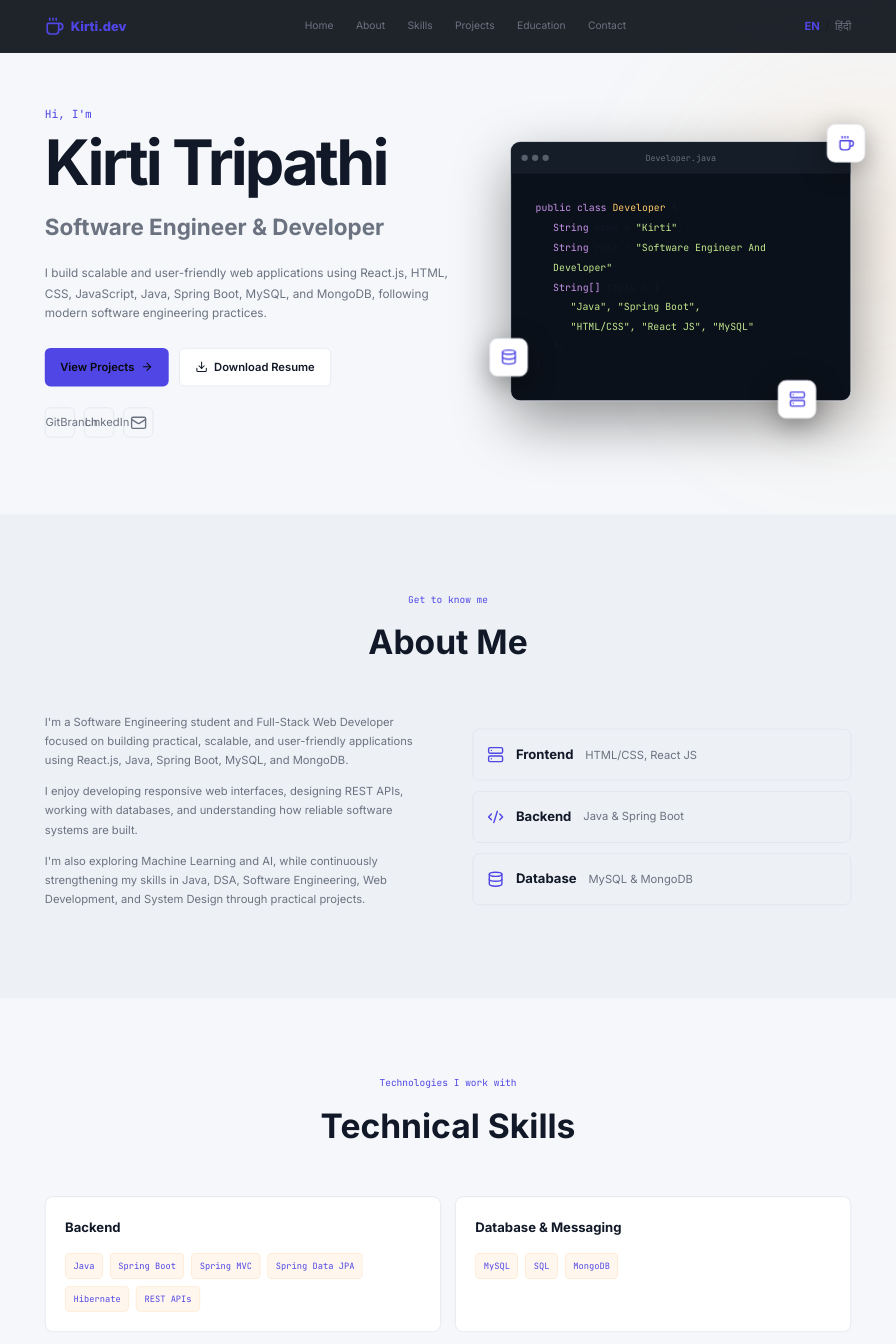
Repository: Rashi-Kirti06/En-Hi-Portfolio
Page: /
These files come from the project's save history. The page is drawn as it stood at one moment and after a run of saves; the edit follows.
The browser window is 1280 px wide. The pictures show the part of the page from y = 0 to 1920 px (the page is 4993 px tall), at 70% of full size.
The project was rebuilt for these pictures with package versions that can differ from the ones it lists, and the page was loaded fresh each time. Also part of the build but not shown: vite.config.js.

Above is the page before, as saved 2026-09-06 16:53:20.

### index.html
<!doctype html>

<html lang="en">

<head>

  <meta charset="UTF-8" />

  <meta
    name="viewport"
    content="width=device-width, initial-scale=1.0"
  />

  <meta
    name="description"
    content="Kirti Tripathi - Java and Spring Boot Backend Developer portfolio."
  />

  <meta
    name="keywords"
    content="Java Developer, Spring Boot Developer, Backend Developer, Java Portfolio"
  />

  <meta name="author" content="Kirti Tripathi" />

  <title>
    Kirti Tripathi | Java Backend Developer
  </title>

</head>

<body>

  <div id="root"></div>

  <script
    type="module"
    src="/src/main.jsx"
  ></script>

</body>

</html>

### src/index.css
@import url("https://fonts.googleapis.com/css2?family=Inter:wght@400;500;600;700;800&family=JetBrains+Mono:wght@400;500;600&display=swap");

:root {
  /* --background: #080d14;
  --background-secondary: #0d141e;
  --card: #111a26;
  --card-hover: #162231;

  --text: #f4f7fb;
  --text-muted: #9ba9ba;

  --primary: #f89820;
  --primary-hover: #ffad42;

  --green: #58d68d;

  --border: #233142; */

  /* --background: #07111f;
--background-secondary: #0b1728;
--card: #101d2f;
--card-hover: #152840;
--text: #f1f5f9;
--text-muted: #94a3b8;
--primary: #22d3ee;
--primary-hover: #06b6d4;
--green: #34d399;
--border: #1e344d; */

/* --background: #0c0914;
--background-secondary: #130f1f;
--card: #1a1428;
--card-hover: #241b36;
--text: #f5f3ff;
--text-muted: #aaa3bb;
--primary: #a78bfa;
--primary-hover: #8b5cf6;
--green: #6ee7b7;
--border: #302544; */

/* --background: #07121a;
--background-secondary: #0b1c26;
--card: #102530;
--card-hover: #16323f;
--text: #f0fdf4;
--text-muted: #91a7ad;
--primary: #34d399;
--primary-hover: #10b981;
--green: #6ee7b7;
--border: #1d3b46; */

/* --background: #070b14;
--background-secondary: #0c1220;
--card: #111a2b;
--card-hover: #17243a;
--text: #f8fafc;
--text-muted: #94a3b8;
--primary: #3b82f6;
--primary-hover: #60a5fa;
--green: #4ade80;
--border: #223452; */

/* --background: #0e0b10;
--background-secondary: #171219;
--card: #201820;
--card-hover: #2a202a;
--text: #faf5f9;
--text-muted: #a99da6;
--primary: #f472b6;
--primary-hover: #ec4899;
--green: #86efac;
--border: #382b37; */

/* --background: #0a0f14;
--background-secondary: #101820;
--card: #17212b;
--card-hover: #1d2b37;
--text: #f8fafc;
--text-muted: #9aa8b5;
--primary: #fbbf24;
--primary-hover: #f59e0b;
--green: #4ade80;
--border: #293946; */

/* --background: #f8fafc;
--background-secondary: #f1f5f9;
--card: #ffffff;
--card-hover: #f8fafc;
--text: #0f172a;
--text-muted: #64748b;
--primary: #2563eb;
--primary-hover: #1d4ed8;
--green: #16a34a;
--border: #e2e8f0; */

/* --background: #f4f9fb;
--background-secondary: #eaf4f7;
--card: #ffffff;
--card-hover: #f2fbfd;
--text: #102027;
--text-muted: #607d86;
--primary: #0891b2;
--primary-hover: #0e7490;
--green: #059669;
--border: #d5e5e9; */

/* --background: #f7faf7;
--background-secondary: #eef6f0;
--card: #ffffff;
--card-hover: #f4faf5;
--text: #14231a;
--text-muted: #66756b;
--primary: #059669;
--primary-hover: #047857;
--green: #16a34a;
--border: #dce9df; */

/* --background: #faf9ff;
--background-secondary: #f3f0ff;
--card: #ffffff;
--card-hover: #f8f6ff;
--text: #181326;
--text-muted: #716b82;
--primary: #7c3aed;
--primary-hover: #6d28d9;
--green: #16a34a;
--border: #e5def5; */

--background: #f5f7fa;
--background-secondary: #edf0f5;
--card: #ffffff;
--card-hover: #f8fafc;
--text: #111827;
--text-muted: #6b7280;
--primary: #4f46e5;
--primary-hover: #4338ca;
--green: #16a34a;
--border: #dfe3eb;



  --max-width: 1180px;

  --transition: 0.3s ease;
}

* {
  margin: 0;
  padding: 0;
  box-sizing: border-box;
}

html {
  scroll-behavior: smooth;
  scroll-padding-top: 80px;
}

body {
  font-family: "Inter", sans-serif;
  background: var(--background);
  color: var(--text);
  line-height: 1.7;
  overflow-x: hidden;
}

a {
  color: inherit;
  text-decoration: none;
}

button {
  font: inherit;
}

.container {
  width: min(90%, var(--max-width));
  margin-inline: auto;
}

.section {
  padding: 110px 0;
}

.alt-section {
  background: var(--background-secondary);
}

/* ==========================
   Navbar
========================== */

.navbar {
  position: fixed;
  width: 100%;
  top: 0;
  z-index: 1000;

  background: rgba(8, 13, 20, 0.9);
  backdrop-filter: blur(15px);

  border-bottom: 1px solid rgba(255,255,255,0.06);
}

.nav-container {
  height: 75px;

  display: flex;
  align-items: center;
  justify-content: space-between;
}

.logo {
  display: flex;
  align-items: center;
  gap: 9px;

  font-weight: 800;
  font-size: 1.15rem;

  color: var(--primary);
}

.nav-links {
  display: flex;
  align-items: center;
  gap: 32px;
}

.nav-links a {
  color: var(--text-muted);
  font-size: 0.92rem;
  transition: var(--transition);
}

.nav-links a:hover {
  color: var(--primary);
}

.nav-actions {
  display: flex;
  align-items: center;
  gap: 20px;
}

.language-switcher,
.language-mobile {
  display: flex;
  align-items: center;
  gap: 8px;
}

.language-switcher button,
.language-mobile button {
  border: none;
  background: transparent;
  color: var(--text-muted);
  cursor: pointer;
}

.lang-active {
  color: var(--primary) !important;
  font-weight: 700;
}

.mobile-menu {
  border: 0;
  background: transparent;
  color: white;
  cursor: pointer;
  display: none;
}

.language-mobile {
  display: none;
}

/* ==========================
   Hero
========================== */

.hero {
  min-height: 100vh;

  display: flex;
  align-items: center;

  padding-top: 150px;

  position: relative;
  overflow: hidden;
}

.hero::before {
  content: "";

  position: absolute;

  width: 500px;
  height: 500px;

  background: rgba(248, 152, 32, 0.08);

  border-radius: 50%;

  filter: blur(100px);

  top: 100px;
  right: -200px;

  pointer-events: none;
}

.hero-grid {
  display: grid;
  grid-template-columns: 1.1fr 0.9fr;
  gap: 70px;

  align-items: center;
}

.availability {
  display: inline-flex;
  align-items: center;
  gap: 9px;

  padding: 8px 14px;

  border: 1px solid var(--border);
  border-radius: 100px;

  color: var(--text-muted);

  font-size: 0.8rem;

  margin-bottom: 25px;

  background: rgba(255,255,255,0.02);
}

.availability-dot {
  width: 8px;
  height: 8px;

  border-radius: 50%;

  background: var(--green);

  box-shadow:
    0 0 10px var(--green);
}

.hero-greeting {
  color: var(--primary);

  font-family:
    "JetBrains Mono",
    monospace;

  font-size: 1rem;

  margin-bottom: 10px;
}

.hero h1 {
  font-size: clamp(
    3rem,
    7vw,
    5.7rem
  );

  line-height: 1;

  letter-spacing: -4px;

  margin-bottom: 20px;
}

.hero h2 {
  font-size: clamp(
    1.4rem,
    3vw,
    2rem
  );

  color: var(--text-muted);

  margin-bottom: 25px;
}

.hero-description {
  color: var(--text-muted);

  max-width: 650px;

  font-size: 1.05rem;

  margin-bottom: 35px;
}

.hero-buttons {
  display: flex;
  flex-wrap: wrap;
  gap: 15px;

  margin-bottom: 30px;
}

/* Buttons */

.btn {
  display: inline-flex;

  align-items: center;

  justify-content: center;

  gap: 9px;

  padding: 13px 22px;

  border-radius: 8px;

  font-weight: 600;

  transition: var(--transition);
}

.btn-primary {
  background: var(--primary);
  color: #090909;
}

.btn-primary:hover {
  background: var(--primary-hover);

  transform:
    translateY(-3px);
}

.btn-secondary {
  border:
    1px solid var(--border);

  background: var(--card);
}

.btn-secondary:hover {
  border-color:
    var(--primary);

  transform:
    translateY(-3px);
}

/* Social */

.social-links {
  display: flex;
  gap: 13px;
}

.social-links a {
  width: 43px;
  height: 43px;

  display: grid;
  place-items: center;

  border: 1px solid var(--border);

  border-radius: 8px;

  color: var(--text-muted);

  transition: var(--transition);
}

.social-links a:hover {
  color: var(--primary);

  border-color:
    var(--primary);

  transform:
    translateY(-3px);
}

/* Code card */

.hero-visual {
  position: relative;
}

.developer-card {
  border:
    1px solid var(--border);

  border-radius: 14px;

  overflow: hidden;

  background: #0b111a;

  box-shadow:
    0 30px 80px rgba(0,0,0,0.4);
}

.terminal-header {
  height: 45px;

  display: flex;
  align-items: center;

  padding: 0 15px;

  background: #151d28;

  color: var(--text-muted);

  font-size: 0.75rem;

  font-family:
    "JetBrains Mono",
    monospace;

  position: relative;
}

.terminal-header > span {
  position: absolute;
  left: 50%;

  transform:
    translateX(-50%);
}

.terminal-dots {
  display: flex;
  gap: 6px;
}

.terminal-dots span {
  width: 9px;
  height: 9px;

  border-radius: 50%;

  background: #56606c;
}

.code-window {
  padding: 35px;

  font-family:
    "JetBrains Mono",
    monospace;

  font-size: 0.88rem;

  line-height: 2;

  overflow-x: auto;
}

.code-purple {
  color: #c792ea;
}

.code-yellow {
  color: #ffcb6b;
}

.code-green {
  color: #c3e88d;
}

.indent {
  padding-left: 25px;
}

.indent-two {
  padding-left: 50px;
}

.floating-icon {
  width: 55px;
  height: 55px;

  border-radius: 12px;

  display: grid;
  place-items: center;

  position: absolute;

  color: var(--primary);

  background: var(--card);

  border:
    1px solid var(--border);

  box-shadow:
    0 10px 40px rgba(0,0,0,.35);

  animation:
    floating 4s ease-in-out infinite;
}

.icon-java {
  top: -25px;
  right: -20px;
}

.icon-db {
  bottom: 35px;
  left: -30px;

  animation-delay: 1s;
}

.icon-server {
  bottom: -25px;
  right: 50px;

  animation-delay: 2s;
}

@keyframes floating {
  0%, 100% {
    transform:
      translateY(0);
  }

  50% {
    transform:
      translateY(-10px);
  }
}

/* ==========================
   Section Headings
========================== */

.section-heading {
  text-align: center;

  margin-bottom: 60px;
}

.section-heading p {
  color: var(--primary);

  font-family:
    "JetBrains Mono",
    monospace;

  font-size: 0.85rem;

  margin-bottom: 8px;
}

.section-heading h2 {
  font-size:
    clamp(
      2rem,
      4vw,
      3rem
    );
}

/* ==========================
   About
========================== */

.about-grid {
  display: grid;

  grid-template-columns:
    1fr 1fr;

  gap: 70px;

  align-items: center;
}

.about-text p {
  color: var(--text-muted);

  margin-bottom: 18px;
}

.about-cards {
  display: grid;
  gap: 15px;
}

.mini-card {
  padding: 20px;

  border: 1px solid var(--border);

  border-radius: 10px;

  display: flex;

  align-items: center;

  gap: 17px;

  transition:
    var(--transition);
}

.mini-card:hover {
  border-color:
    var(--primary);

  transform:
    translateX(7px);
}

.mini-card svg {
  color: var(--primary);
}

.mini-card p {
  color:
    var(--text-muted);
}

/* ==========================
   Skills
========================== */

.skills-grid {
  display: grid;

  grid-template-columns:
    repeat(2, 1fr);

  gap: 20px;
}

.skill-card {
  padding: 28px;

  background: var(--card);

  border:
    1px solid var(--border);

  border-radius: 12px;

  transition:
    var(--transition);
}

.skill-card:hover {
  border-color:
    rgba(248,152,32,.55);

  transform:
    translateY(-4px);
}

.skill-card h3 {
  margin-bottom: 20px;
}

.skill-tags {
  display: flex;

  flex-wrap: wrap;

  gap: 10px;
}

.skill-tags span,
.project-tech span {
  padding: 7px 11px;

  border-radius: 6px;

  background:
    rgba(248,152,32,.08);

  border:
    1px solid rgba(248,152,32,.16);

  color:
    var(--primary);

  font-size:
    .78rem;

  font-family:
    "JetBrains Mono",
    monospace;
}

/* ==========================
   Projects
========================== */

.projects-grid {
  display: grid;

  grid-template-columns:
    repeat(3, 1fr);

  gap: 20px;
}

.project-card {
  background: var(--card);

  border:
    1px solid var(--border);

  border-radius: 12px;

  padding: 30px;

  display: flex;
  flex-direction: column;

  transition:
    var(--transition);

  position: relative;

  overflow: hidden;
}

.project-card::before {
  content: "";

  position: absolute;

  width: 130px;
  height: 130px;

  background:
    rgba(248,152,32,.07);

  border-radius: 50%;

  top: -70px;
  right: -50px;

  filter: blur(20px);
}

.project-card:hover {
  transform:
    translateY(-7px);

  border-color:
    rgba(248,152,32,.5);
}

.project-number {
  color:
    var(--primary);

  font-family:
    "JetBrains Mono",
    monospace;

  margin-bottom:
    15px;
}

.project-card h3 {
  font-size:
    1.35rem;

  margin-bottom:
    15px;
}

.project-card > p {
  color:
    var(--text-muted);

  margin-bottom:
    20px;

  flex-grow: 1;
}

.project-tech {
  display: flex;

  flex-wrap: wrap;

  gap: 7px;

  margin-bottom:
    25px;
}

.project-actions {
  display: flex;

  gap: 18px;

  flex-wrap: wrap;
}

.project-actions a {
  display: flex;

  align-items: center;

  gap: 7px;

  color:
    var(--text-muted);

  font-size:
    .85rem;

  transition:
    var(--transition);
}

.project-actions a:hover {
  color:
    var(--primary);
}

/* ==========================
   Learning
========================== */

.learning-description {
  color:
    var(--text-muted);

  text-align: center;

  max-width:
    650px;

  margin:
    -30px auto
    45px;
}

.learning-grid {
  display: grid;

  grid-template-columns:
    repeat(3,1fr);

  gap: 15px;
}

.learning-card {
  border:
    1px solid var(--border);

  background:
    var(--card);

  border-radius:
    10px;

  padding:
    20px;

  display:
    flex;

  gap: 15px;

  align-items:
    center;
}

.learning-card span {
  display:
    grid;

  place-items:
    center;

  width:
    34px;

  height:
    34px;

  border-radius:
    7px;

  color:
    var(--primary);

  background:
    rgba(248,152,32,.1);

  font-family:
    "JetBrains Mono",
    monospace;
}

/* ==========================
   Education
========================== */

.education-card {
  max-width:
    700px;

  margin:
    auto;

  padding:
    30px;

  display:
    flex;

  gap:
    22px;

  background:
    var(--card);

  border:
    1px solid
    var(--border);

  border-radius:
    12px;
}

.education-icon {
  width:
    60px;

  height:
    60px;

  flex-shrink: 0;

  display:
    grid;

  place-items:
    center;

  border-radius:
    10px;

  color:
    var(--primary);

  background:
    rgba(248,152,32,.1);
}

.education-card h4 {
  color:
    var(--primary);

  margin:
    4px 0;
}

.education-card p,
.education-card span {
  color:
    var(--text-muted);
}

/* ==========================
   Contact
========================== */

.contact-box {
  text-align:
    center;

  max-width:
    800px;

  margin:
    auto;
}

.contact-box > p {
  color:
    var(--text-muted);

  max-width:
    600px;

  margin:
    0 auto 40px;
}

.contact-links {
  display:
    grid;

  grid-template-columns:
    repeat(3,1fr);

  gap:
    15px;
}

.contact-card {
  padding:
    24px;

  display:
    flex;

  flex-direction:
    column;

  gap:
    12px;

  align-items:
    center;

  border:
    1px solid var(--border);

  background:
    var(--card);

  border-radius:
    10px;

  transition:
    var(--transition);
}

.contact-card svg {
  color:
    var(--primary);
}

.contact-card:hover {
  border-color:
    var(--primary);

  transform:
    translateY(-5px);
}

/* ==========================
   Footer
========================== */

.footer {
  border-top:
    1px solid var(--border);

  padding:
    30px 0;
}

.footer-content {
  display:
    flex;

  justify-content:
    space-between;

  align-items:
    center;

  gap:
    20px;

  color:
    var(--text-muted);

  font-size:
    .8rem;
}

.footer-logo {
  display:
    flex;

  align-items:
    center;

  gap:
    8px;

  color:
    var(--primary);

  font-weight:
    700;
}

/* ==========================
   Tablet
========================== */

@media (max-width: 950px) {

  .hero-grid {
    grid-template-columns:
      1fr;
  }

  .hero-content {
    text-align:
      center;
  }

  .availability {
    margin-inline:
      auto;
  }

  .hero-description {
    margin-inline:
      auto;
  }

  .hero-buttons,
  .social-links {
    justify-content:
      center;
  }

  .hero-visual {
    max-width:
      600px;

    margin:
      40px auto 0;
  }

  .projects-grid {
    grid-template-columns:
      repeat(2,1fr);
  }

  .about-grid {
    grid-template-columns:
      1fr;
  }
}

/* ==========================
   Mobile Navigation
========================== */

@media (max-width: 760px) {

  .section {
    padding:
      80px 0;
  }

  .mobile-menu {
    display:
      block;
  }

  .language-switcher {
    display:
      none;
  }

  .nav-links {
    position:
      fixed;

    top:
      75px;

    left:
      0;

    width:
      100%;

    background:
      #0d141e;

    flex-direction:
      column;

    align-items:
      center;

    padding:
      35px;

    border-bottom:
      1px solid
      var(--border);

    transform:
      translateY(-150%);

    opacity:
      0;

    transition:
      .35s ease;
  }

  .nav-links.active {
    transform:
      translateY(0);

    opacity:
      1;
  }

  .language-mobile {
    display:
      flex;

    margin-top:
      10px;
  }

  .hero {
    padding-top:
      120px;
  }

  .hero h1 {
    letter-spacing:
      -2px;
  }

  .skills-grid,
  .projects-grid,
  .learning-grid,
  .contact-links {
    grid-template-columns:
      1fr;
  }

  .floating-icon {
    display:
      none;
  }

  .education-card {
    flex-direction:
      column;
  }

  .footer-content {
    flex-direction:
      column;

    text-align:
      center;
  }

}

/* ==========================
   Small Phones
========================== */

@media (max-width: 480px) {

  .hero-buttons {
    flex-direction:
      column;
  }

  .btn {
    width:
      100%;
  }

  .code-window {
    padding:
      22px 15px;

    font-size:
      .72rem;
  }

}

### src/components/SectionTitle.jsx
function SectionTitle({ subtitle, title }) {
  return (
    <div className="section-heading">
      <p>{subtitle}</p>
      <h2>{title}</h2>
    </div>
  );
}

export default SectionTitle;

Loaded but not shown: src/main.jsx (common file); src/data/translations.jsx (151 lines, source omitted); src/components/Hero.jsx (169 lines, source omitted); src/components/Projects.jsx (165 lines, source omitted); src/components/Navbar.jsx (93 lines, source omitted); src/components/Skills.jsx (96 lines, source omitted); src/components/About.jsx (61 lines, source omitted); src/components/Contact.jsx (63 lines, source omitted); src/components/Learning.jsx (63 lines, source omitted); src/App.jsx (35 lines, source omitted); src/components/Education.jsx (43 lines, source omitted); src/components/Footer.jsx (27 lines, source omitted)

After the next 2 saves:
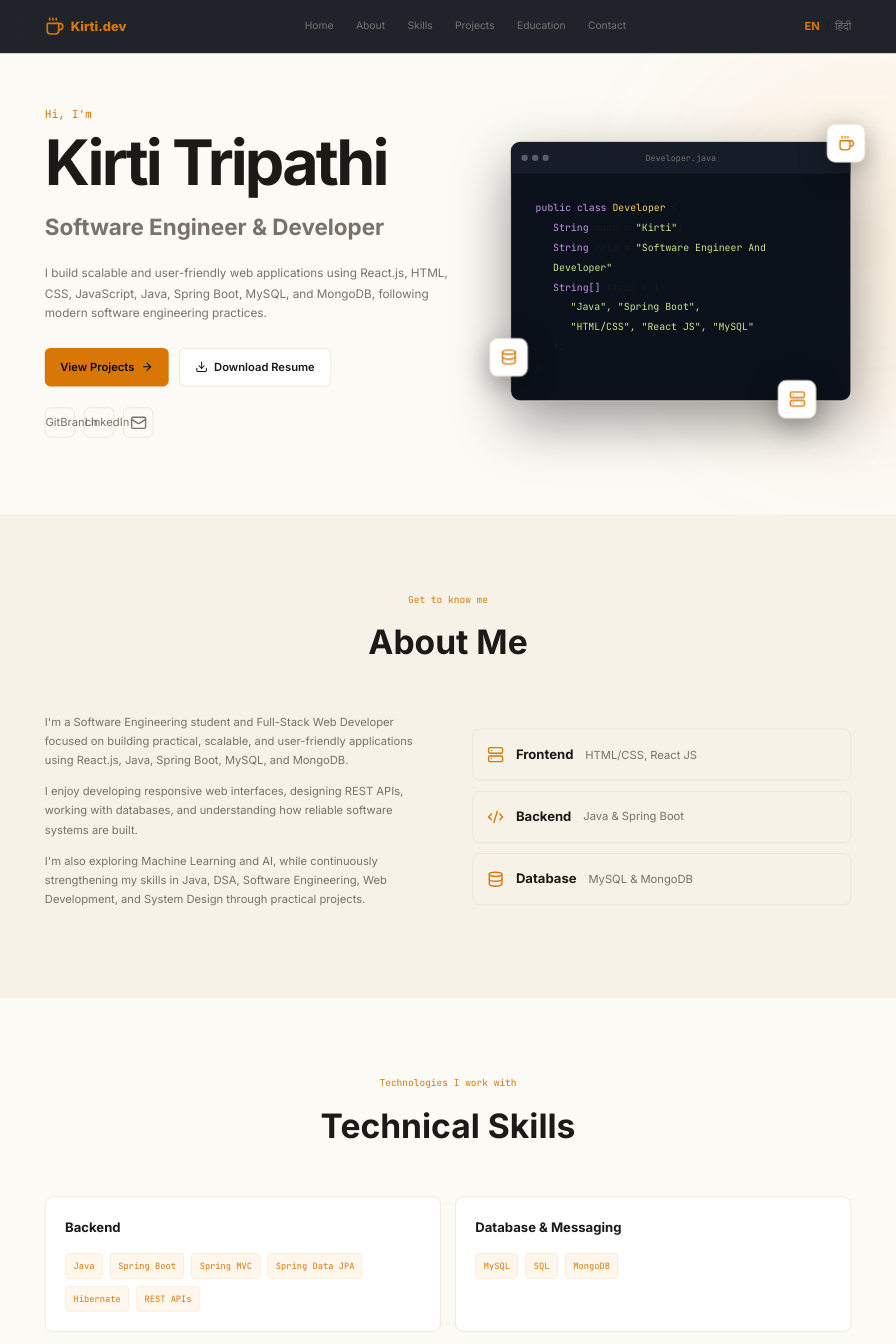
The 2 saves are shown as one change because they came seconds apart.
The last was saved 25 s later.
--- a/src/index.css
+++ b/src/index.css
@@ -126,7 +126,7 @@
 --green: #16a34a;
 --border: #e5def5; */
 
---background: #f5f7fa;
+/* --background: #f5f7fa;
 --background-secondary: #edf0f5;
 --card: #ffffff;
 --card-hover: #f8fafc;
@@ -135,7 +135,18 @@
 --primary: #4f46e5;
 --primary-hover: #4338ca;
 --green: #16a34a;
---border: #dfe3eb;
+--border: #dfe3eb; */
+
+--background: #fcfaf5;
+--background-secondary: #f7f2e8;
+--card: #ffffff;
+--card-hover: #fffdf8;
+--text: #1c1917;
+--text-muted: #78716c;
+--primary: #d97706;
+--primary-hover: #b45309;
+--green: #16a34a;
+--border: #e7dfd1;
 
 
 

After the 4 saves that followed:
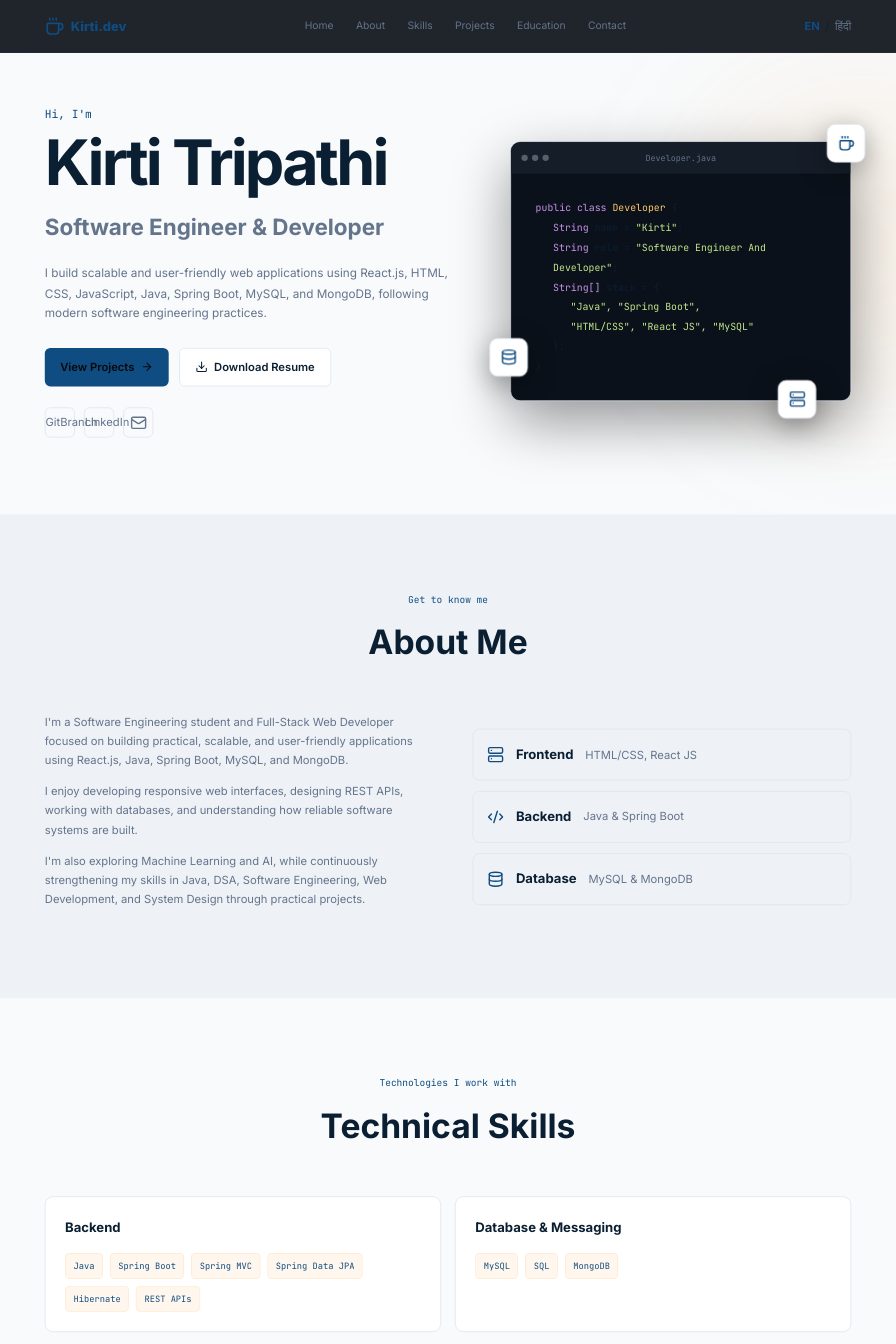
The 4 saves are shown as one change because they came seconds apart.
The last was saved 26 s later.
--- a/src/index.css
+++ b/src/index.css
@@ -137,6 +137,7 @@
 --green: #16a34a;
 --border: #dfe3eb; */
 
+/** achha h */
 --background: #fcfaf5;
 --background-secondary: #f7f2e8;
 --card: #ffffff;
@@ -148,6 +149,16 @@
 --green: #16a34a;
 --border: #e7dfd1;
 
+--background: #f8fafc;
+--background-secondary: #eef2f7;
+--card: #ffffff;
+--card-hover: #f5f8fc;
+--text: #0b1f33;
+--text-muted: #64748b;
+--primary: #0f4c81;
+--primary-hover: #0b3a63;
+--green: #15803d;
+--border: #dbe3ec;
 
 
   --max-width: 1180px;
